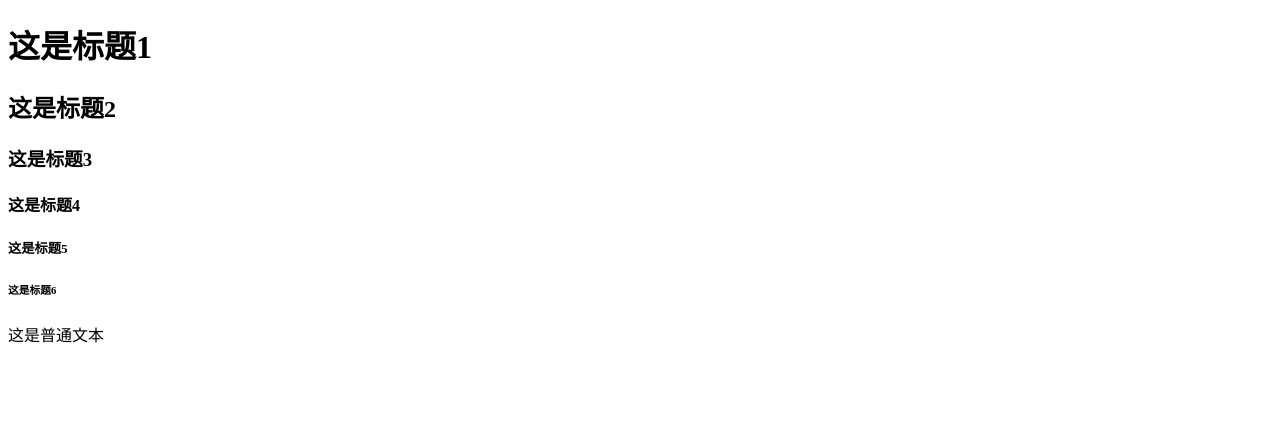
Repository: weizhang05g/learninghtml
Page: html标题.html
The author's editor kept a copy of each file at every save. The page is drawn from the files as they stood at one save, then again after the next save.
The browser window is 1280 px wide. The pictures show the whole page.

Above is the page before, as saved 2019-12-19 09:14:12.

### html标题.html
<!DOCTYPE html>
<html lang="en">
<head>
    <meta charset="UTF-8">
    <meta name="viewport" content="width=device-width, initial-scale=1.0">
    <meta http-equiv="X-UA-Compatible" content="ie=edge">
    <title>Document</title>
</head>
<body>
    <h1>这是标题1</h1>
    <h2>这是标题2</h2>
    <h3>这是标题3</h3>
    <h4>这是标题4</h4>
    <h5>这是标题5</h5>
    <h6>这是标题6</h6>
    <p>这是普通文本</p>
</body>
</html>

After the next save:
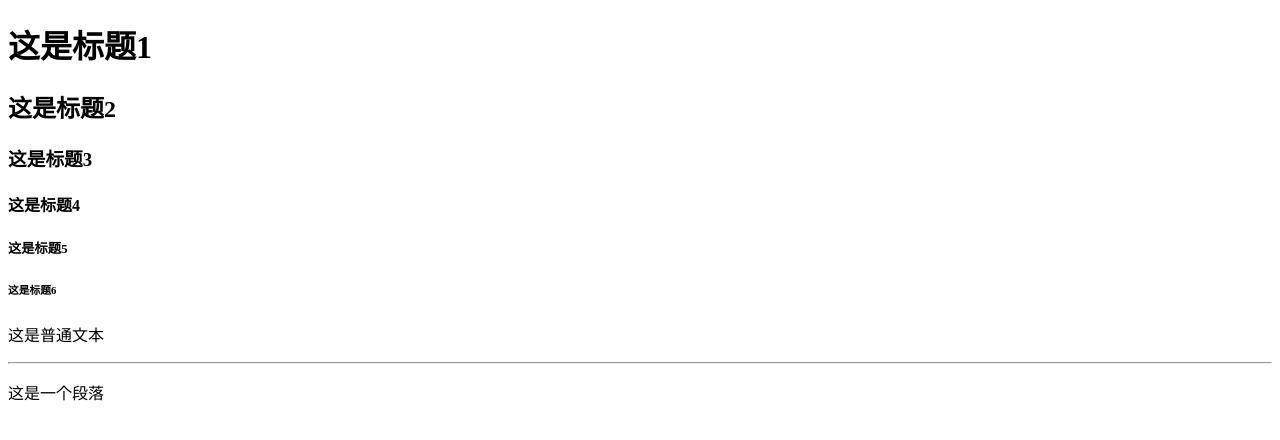
Saved 85 s later.
--- a/html标题.html
+++ b/html标题.html
@@ -7,6 +7,7 @@
     <title>Document</title>
 </head>
 <body>
+    <!--标题-->
     <h1>这是标题1</h1>
     <h2>这是标题2</h2>
     <h3>这是标题3</h3>
@@ -14,5 +15,11 @@
     <h5>这是标题5</h5>
     <h6>这是标题6</h6>
     <p>这是普通文本</p>
+
+    <!--hr-->
+    <hr />
+
+    <!--段落-->
+    <p>这是一个段落</p>
 </body>
 </html>
